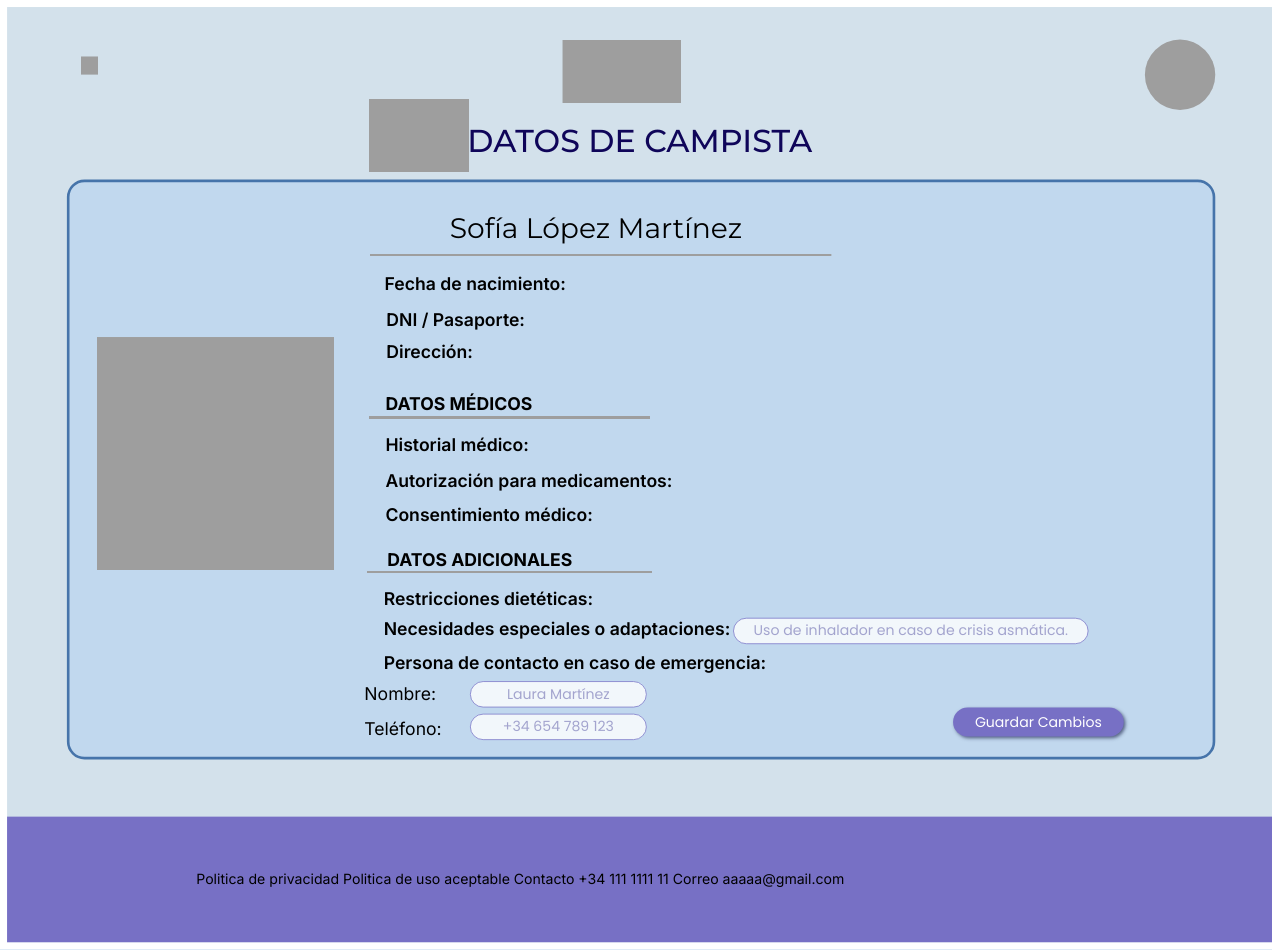
Repository: maariadomiingo/Proyecto-Integrador-Campamento
Page: html/editarCampistas.html
These files come from the project's save history. The page is drawn as it stood at one moment and after a run of saves; the edit follows.
The browser window is 1280 px wide. The page is 1446 px wide, so the pictures cover 1446 px, including what lies to the right of the window. The pictures show the whole page, at 88% of full size.
Pictures or frames that could not be fetched are drawn as grey boxes.

Above is the page before, as saved 2025-02-05 17:33:29.

### html/editarCampistas.html
<!DOCTYPE html>
<html lang="en">
  <head>
    <meta charset="UTF-8" />
    <meta name="viewport" content="width=device-width, initial-scale=1.0" />
    <title>Editar Campistas</title>
    <link rel="stylesheet" href="https://fonts.googleapis.com/css2?family=Montserrat:wght@400;500&display=swap" />
<link rel="stylesheet" href="https://fonts.googleapis.com/css2?family=Poppins:wght@400&display=swap" />
<link rel="stylesheet" href="https://fonts.googleapis.com/css2?family=Inter:wght@400;600;700&display=swap" />
    <link rel="stylesheet" href="../css/editarCampista.css" />
  </head>
  <body>
    <div class="main-container">
      <div class="rectangle"></div>
      <div class="logo">

      </div>
      <div class="logo-1"></div>
      <div class="logo-final-sin-fondo"></div>
      <div class="img-3"></div>
      <div class="pic-2"></div>
      <div class="clipart-transparent-library-watercolor"></div>
      <span class="datos-de-campista">DATOS DE CAMPISTA</span>
      <div class="flecha-atras"></div>
      <div class="rectangle-2"></div>
      <span class="sofia-lopez-martinez">Sofía López Martínez</span>
      <div class="line"></div>
      <span class="fecha-de-nacimiento">Fecha de nacimiento: </span>
      <div class="dni-pasaporte">
        <span class="dni-pasaporte-3">DNI / Pasaporte:</span
        ><span class="space"> </span>
      </div>
      <div class="image-removebg-preview"></div>
      <span class="direccion">Dirección:</span
      ><span class="datos-medicos">DATOS MÉDICOS</span>
      <div class="line-4"></div>
      <span class="historial-medico">Historial médico:</span>
      <div class="autorizacion-medicamentos">
        <span class="autorizacion-medicamentos-5"
          >Autorización para medicamentos:</span
        ><span class="empty"> </span>
      </div>
      <span class="consentimiento-medico">Consentimiento médico: </span
      ><span class="datos-adicionales">DATOS ADICIONALES</span>
      <div class="line-6"></div>
      <div class="restricciones-dieteticas">
        <span class="restricciones-dieteticas-7">Restricciones dietéticas:</span
        ><span class="text-e"> </span>
      </div>
      <button class="Button">
        <span class="text-f"
          >Uso de inhalador en caso de crisis asmática.</span
        ></button
      ><span class="text-10">Necesidades especiales o adaptaciones: </span
      ><span class="text-11">Persona de contacto en caso de emergencia:</span>
      <div class="section-2">
        <span class="text-12">Nombre:</span><span class="text-13"> <br /></span
        ><span class="text-14">Teléfono:</span>
      </div>
      <button class="Button-2">
        <span class="tu-email">Laura Martínez</span></button
      ><button class="primary-buttons">
        <span class="button">Guardar Cambios</span></button
      ><button class="input">
        <span class="tu-email-8">+34 654 789 123</span>
      </button>
      <div class="rectangle-9"></div>
      <span class="politica-privacidad"
        >Politica de privacidad Politica de uso aceptable Contacto +34 111 1111
        11 Correo aaaaa@gmail.com</span
      >
    </div>
  </body>
</html>

### css/editarCampista.css
:root {
    --default-font-family: -apple-system, BlinkMacSystemFont, "Segoe UI", Roboto,
      Ubuntu, "Helvetica Neue", Helvetica, Arial, "PingFang SC",
      "Hiragino Sans GB", "Microsoft Yahei UI", "Microsoft Yahei",
      "Source Han Sans CN", sans-serif;
  }

  .logo {
  width: 194px;
  height: 103px;
  left: 647px;
  top: 25px;
  position: absolute;
}

  .main-container {
    overflow: hidden;
  }

  .main-container,
  .main-container * {
    box-sizing: border-box;
  }

  input,
  select,
  textarea,
  button {
    outline: 0;
  }

  .main-container {
    position: relative;
    width: 1438px;
    height: 1063px;
    margin: 0 auto;
  }
  .rectangle {
    position: absolute;
    width: 1438px;
    height: 1063px;
    top: 0;
    left: 0;
    background: #d3e1eb;
  }

    .logo {
      width: 194px;
      height: 103px;
      left: 647px;
      top: 25px;
      position: absolute;
    }

  .logo-1 {
    position: absolute;
    width: 80px;
    height: 80px;
    top: 37px;
    left: 1293px;
    background: url(./assets/images/d5c923a2-6a05-4f5b-b0bd-39ed3be9df8b.png)
      no-repeat center;
    background-size: cover;
    z-index: 6;
    border-radius: 50%;
  }
  .logo-final-sin-fondo {
    position: absolute;
    width: 135px;
    height: 72px;
    top: 37px;
    left: 631px;
    background: url(./assets/images/3afe852ae267f541a4e04b261436eafe5faae810.png)
      no-repeat center;
    background-size: cover;
    z-index: 8;
  }
  .img-3 {
    position: absolute;
    width: 19px;
    height: 21px;
    top: 56px;
    left: 84px;
    background: url(./assets/images/1e01157a333e1bec54a9393a8e8dd6b13038c27c.png)
      no-repeat center;
    background-size: cover;
    z-index: 5;
  }
  .pic-2 {
    position: absolute;
    width: 24px;
    height: 29px;
    top: 63px;
    left: 1321px;
    background: url(./assets/images/d1984de478cfebaa95ada4a339a47bb648a589b3.png)
      no-repeat center;
    background-size: cover;
    z-index: 7;
  }
  .clipart-transparent-library-watercolor {
    position: absolute;
    width: 114px;
    height: 82px;
    top: 105px;
    left: 411px;
    background: url(./assets/images/251fc007-0ec6-40b0-a4fa-76b2d6da96a5.png)
      no-repeat center;
    background-size: cover;
    z-index: 1;
  }
  .datos-de-campista {
    display: flex;
    align-items: flex-start;
    justify-content: center;
    position: absolute;
    width: 482px;
    height: 101px;
    top: 131px;
    left: 478px;
    color: #0f0559;
    font-family: Montserrat, var(--default-font-family);
    font-size: 36px;
    font-weight: 500;
    line-height: 43.884px;
    text-align: center;
    z-index: 3;
  }
  .flecha-atras {
    position: absolute;
    width: 27px;
    height: 23px;
    top: 143px;
    left: 468px;
    background: url(./assets/images/5f671df9ca895acd896dd721997735885d389190.png)
      no-repeat center;
    background-size: cover;
    z-index: 2;
  }
  .rectangle-2 {
    position: absolute;
    width: 1305px;
    height: 659px;
    top: 196px;
    left: 68px;
    background: rgba(176, 207, 241, 0.5);
    border: 3px solid #4674aa;
    z-index: 9;
    border-radius: 20px;
  }
  .sofia-lopez-martinez {
    display: flex;
    align-items: flex-start;
    justify-content: flex-start;
    position: absolute;
    height: 39px;
    top: 232px;
    left: 503px;
    color: #000000;
    font-family: Montserrat, var(--default-font-family);
    font-size: 32px;
    font-weight: 400;
    line-height: 39px;
    text-align: left;
    white-space: nowrap;
    z-index: 13;
  }
  .line {
    position: absolute;
    width: 525px;
    height: 2px;
    top: 281px;
    left: 412px;
    background: url(./assets/images/6c3e3311-4927-41ca-9260-a13de4e5d891.png)
      no-repeat center;
    background-size: cover;
    z-index: 17;
  }
  .fecha-de-nacimiento {
    display: flex;
    align-items: flex-start;
    justify-content: flex-start;
    position: absolute;
    height: 21px;
    top: 305px;
    left: 429px;
    color: #000000;
    font-family: Inter, var(--default-font-family);
    font-size: 20px;
    font-weight: 600;
    line-height: 21px;
    text-align: left;
    white-space: nowrap;
    z-index: 14;
  }
  .dni-pasaporte {
    position: absolute;
    width: 166px;
    height: 24px;
    top: 344px;
    left: 431px;
    font-family: Inter, var(--default-font-family);
    font-size: 20px;
    font-weight: 400;
    line-height: 24px;
    text-align: left;
    text-overflow: initial;
    white-space: nowrap;
    z-index: 15;
  }
  .dni-pasaporte-3 {
    position: relative;
    color: #000000;
    font-family: Inter, var(--default-font-family);
    font-size: 20px;
    font-weight: 600;
    line-height: 24.205px;
    text-align: left;
  }
  .space {
    position: relative;
    color: #000000;
    font-family: Inter, var(--default-font-family);
    font-size: 20px;
    font-weight: 400;
    line-height: 24.205px;
    text-align: left;
  }
  .image-removebg-preview {
    position: absolute;
    width: 269px;
    height: 265px;
    top: 375px;
    left: 102px;
    background: url(./assets/images/66994f5bdea5b2f42a2d4f51b08bc45cb40066f6.png)
      no-repeat center;
    background-size: cover;
    z-index: 12;
  }
  .direccion {
    display: flex;
    align-items: flex-start;
    justify-content: flex-start;
    position: absolute;
    height: 36px;
    top: 380px;
    left: 431px;
    color: #000000;
    font-family: Inter, var(--default-font-family);
    font-size: 20px;
    font-weight: 600;
    line-height: 24.205px;
    text-align: left;
    white-space: nowrap;
    z-index: 16;
  }
  .datos-medicos {
    display: flex;
    align-items: flex-start;
    justify-content: flex-start;
    position: absolute;
    width: 212px;
    height: 38px;
    top: 439px;
    left: 430px;
    color: #000000;
    font-family: Inter, var(--default-font-family);
    font-size: 20px;
    font-weight: 700;
    line-height: 24.205px;
    text-align: left;
    z-index: 20;
  }
  .line-4 {
    position: absolute;
    width: 319.758px;
    height: 3px;
    top: 465px;
    left: 410.997px;
    background: url(./assets/images/7de19d98-c69d-4065-83d1-bc1198f7a0f8.png)
      no-repeat center;
    background-size: cover;
    z-index: 18;
  }
  .historial-medico {
    display: flex;
    align-items: flex-start;
    justify-content: flex-start;
    position: absolute;
    height: 28px;
    top: 486px;
    left: 430px;
    color: #000000;
    font-family: Inter, var(--default-font-family);
    font-size: 20px;
    font-weight: 600;
    line-height: 24.205px;
    text-align: left;
    white-space: nowrap;
    z-index: 21;
  }
  .autorizacion-medicamentos {
    position: absolute;
    width: 334px;
    height: 28px;
    top: 526px;
    left: 430px;
    font-family: Inter, var(--default-font-family);
    font-size: 20px;
    font-weight: 400;
    line-height: 24.205px;
    text-align: left;
    text-overflow: initial;
    white-space: nowrap;
    z-index: 22;
  }
  .autorizacion-medicamentos-5 {
    position: relative;
    color: #000000;
    font-family: Inter, var(--default-font-family);
    font-size: 20px;
    font-weight: 600;
    line-height: 24.205px;
    text-align: left;
  }
  .empty {
    position: relative;
    color: #000000;
    font-family: Inter, var(--default-font-family);
    font-size: 20px;
    font-weight: 400;
    line-height: 24.205px;
    text-align: left;
  }
  .consentimiento-medico {
    display: flex;
    align-items: flex-start;
    justify-content: flex-start;
    position: absolute;
    height: 28px;
    top: 565px;
    left: 430px;
    color: #000000;
    font-family: Inter, var(--default-font-family);
    font-size: 20px;
    font-weight: 600;
    line-height: 24.205px;
    text-align: left;
    white-space: nowrap;
    z-index: 23;
  }
  .datos-adicionales {
    display: flex;
    align-items: flex-start;
    justify-content: flex-start;
    position: absolute;
    width: 709px;
    height: 38px;
    top: 616px;
    left: 432px;
    color: #000000;
    font-family: Inter, var(--default-font-family);
    font-size: 20px;
    font-weight: 700;
    line-height: 24.205px;
    text-align: left;
    z-index: 24;
  }
  .line-6 {
    position: absolute;
    width: 324px;
    height: 2px;
    top: 641px;
    left: 409px;
    background: url(./assets/images/802bba21-413f-4e51-85a2-a2274926ef1f.png)
      no-repeat center;
    background-size: cover;
    z-index: 19;
  }
  .restricciones-dieteticas {
    position: absolute;
    width: 247px;
    height: 28px;
    top: 661px;
    left: 428px;
    font-family: Inter, var(--default-font-family);
    font-size: 20px;
    font-weight: 400;
    line-height: 24.205px;
    text-align: left;
    text-overflow: initial;
    white-space: nowrap;
    z-index: 25;
  }
  .restricciones-dieteticas-7 {
    position: relative;
    color: #000000;
    font-family: Inter, var(--default-font-family);
    font-size: 20px;
    font-weight: 600;
    line-height: 24.205px;
    text-align: left;
  }
  .text-e {
    position: relative;
    color: #000000;
    font-family: Inter, var(--default-font-family);
    font-size: 20px;
    font-weight: 400;
    line-height: 24.205px;
    text-align: left;
  }
  .Button {
    display: flex;
    align-items: center;
    justify-content: center;
    flex-wrap: nowrap;
    gap: 16px;
    position: absolute;
    width: 404px;
    height: 30px;
    top: 694px;
    left: 825px;
    padding: 8px 16px 8px 16px;
    cursor: pointer;
    background: #ffffff;
    border: 1px solid #7770c5;
    opacity: 0.8;
    z-index: 31;
    overflow: hidden;
    border-radius: 15px;
  }
  .text-f {
    flex-shrink: 0;
    flex-basis: auto;
    position: relative;
    height: 22px;
    color: rgba(58, 50, 143, 0.5);
    font-family: Poppins, var(--default-font-family);
    font-size: 16px;
    font-weight: 400;
    line-height: 22px;
    text-align: left;
    white-space: nowrap;
    z-index: 32;
  }
  .text-10 {
    display: flex;
    align-items: flex-start;
    justify-content: flex-start;
    position: absolute;
    height: 28px;
    top: 695px;
    left: 428px;
    color: #000000;
    font-family: Inter, var(--default-font-family);
    font-size: 20px;
    font-weight: 600;
    line-height: 24.205px;
    text-align: left;
    white-space: nowrap;
    z-index: 26;
  }
  .text-11 {
    display: flex;
    align-items: flex-start;
    justify-content: flex-start;
    position: absolute;
    width: 665px;
    height: 90px;
    top: 733px;
    left: 428px;
    color: #000000;
    font-family: Inter, var(--default-font-family);
    font-size: 20px;
    font-weight: 600;
    line-height: 24.205px;
    text-align: left;
    z-index: 27;
  }
  .section-2 {
    position: absolute;
    width: 291px;
    height: 72px;
    top: 760px;
    left: 406px;
    font-family: Inter, var(--default-font-family);
    font-size: 20px;
    font-weight: 400;
    line-height: 40px;
    text-align: left;
    z-index: 28;
  }
  .text-12 {
    position: relative;
    color: #000000;
    font-family: Inter, var(--default-font-family);
    font-size: 20px;
    font-weight: 500;
    line-height: 40px;
    text-align: left;
  }
  .text-13 {
    position: relative;
    color: #000000;
    font-family: Inter, var(--default-font-family);
    font-size: 20px;
    font-weight: 400;
    line-height: 40px;
    text-align: left;
  }
  .text-14 {
    position: relative;
    color: #000000;
    font-family: Inter, var(--default-font-family);
    font-size: 20px;
    font-weight: 500;
    line-height: 40px;
    text-align: left;
  }
  .Button-2 {
    display: flex;
    align-items: center;
    justify-content: center;
    flex-wrap: nowrap;
    gap: 16px;
    position: absolute;
    width: 201px;
    height: 30px;
    top: 766px;
    left: 526px;
    padding: 8px 16px 8px 16px;
    cursor: pointer;
    background: #ffffff;
    border: 1px solid #7770c5;
    opacity: 0.8;
    z-index: 33;
    overflow: hidden;
    border-radius: 15px;
  }
  .tu-email {
    flex-shrink: 0;
    flex-basis: auto;
    position: relative;
    height: 22px;
    color: rgba(58, 50, 143, 0.5);
    font-family: Poppins, var(--default-font-family);
    font-size: 16px;
    font-weight: 400;
    line-height: 22px;
    text-align: left;
    white-space: nowrap;
    z-index: 34;
  }
  .primary-buttons {
    display: flex;
    align-items: center;
    justify-content: center;
    flex-wrap: nowrap;
    gap: 16px;
    position: absolute;
    width: 194px;
    height: 33px;
    top: 796px;
    left: 1075px;
    padding: 16px 16px 16px 16px;
    cursor: pointer;
    background: #7770c5;
    border: none;
    z-index: 10;
    border-radius: 32px;
    box-shadow: 2px 2px 4px 0 rgba(51, 62, 99, 0.75);
  }
  .button {
    flex-shrink: 0;
    flex-basis: auto;
    position: relative;
    height: 22px;
    color: #ffffff;
    font-family: Poppins, var(--default-font-family);
    font-size: 16px;
    font-weight: 400;
    line-height: 22px;
    text-align: left;
    white-space: nowrap;
    z-index: 11;
  }
  .input {
    display: flex;
    align-items: center;
    justify-content: center;
    flex-wrap: nowrap;
    gap: 16px;
    position: absolute;
    width: 201px;
    height: 30px;
    top: 803px;
    left: 526px;
    padding: 8px 16px 8px 16px;
    cursor: pointer;
    background: #ffffff;
    border: 1px solid #7770c5;
    opacity: 0.8;
    z-index: 35;
    overflow: hidden;
    border-radius: 15px;
  }
  .tu-email-8 {
    flex-shrink: 0;
    flex-basis: auto;
    position: relative;
    height: 22px;
    color: rgba(58, 50, 143, 0.5);
    font-family: Poppins, var(--default-font-family);
    font-size: 16px;
    font-weight: 400;
    line-height: 22px;
    text-align: left;
    white-space: nowrap;
    z-index: 36;
  }
  .rectangle-9 {
    position: absolute;
    width: 1440px;
    height: 143px;
    top: 920px;
    left: 0;
    background: #7770c5;
    z-index: 29;
  }
  .politica-privacidad {
    display: flex;
    align-items: flex-start;
    justify-content: flex-start;
    position: absolute;
    height: 19px;
    top: 982px;
    left: 215px;
    color: #000000;
    font-family: Inter, var(--default-font-family);
    font-size: 16px;
    font-weight: 400;
    line-height: 19px;
    text-align: left;
    white-space: nowrap;
    z-index: 30;
  }

After the next 2 saves:
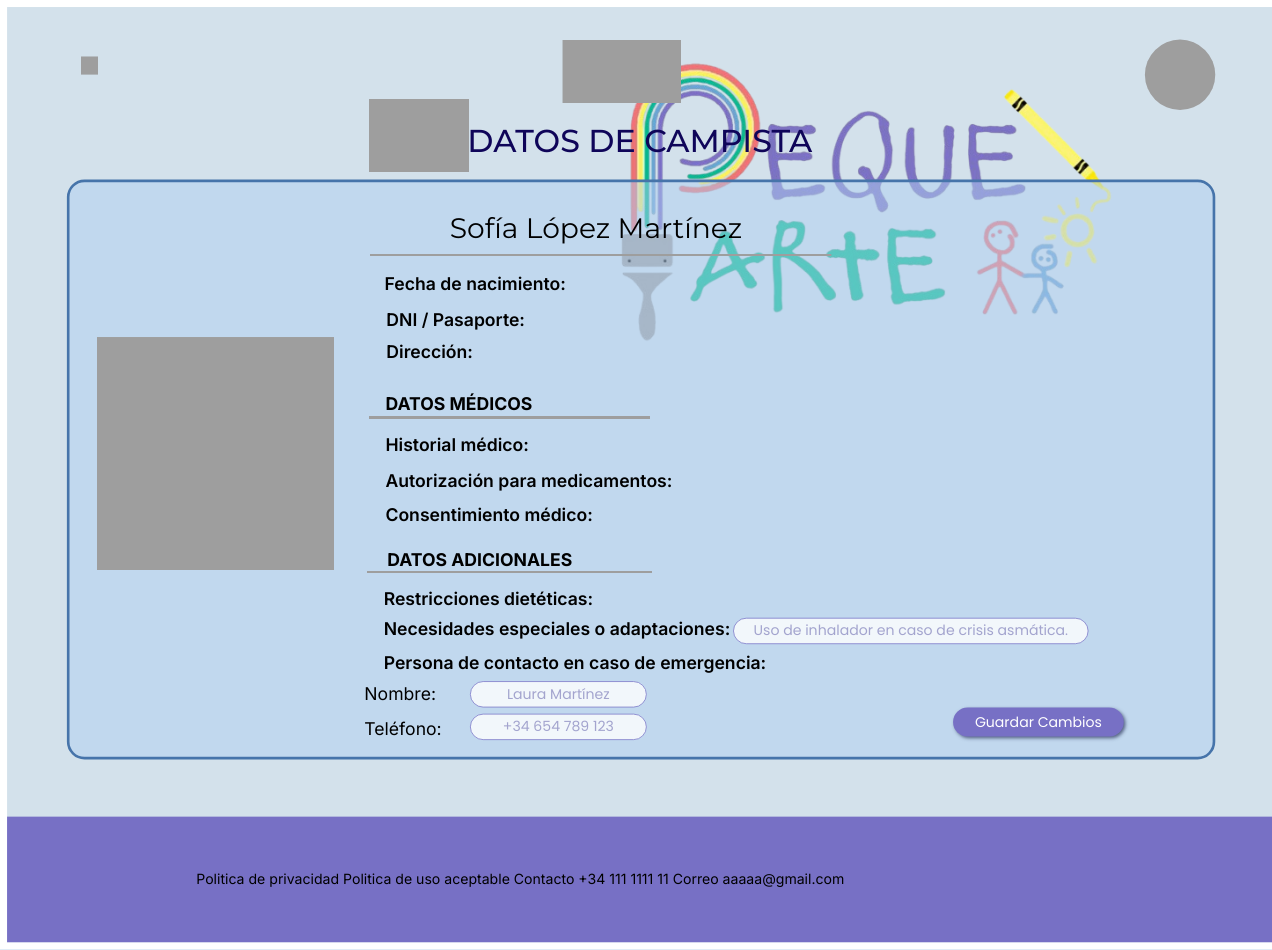
The 2 saves are shown as one change because they came seconds apart.
The last was saved 14 s later.
--- a/html/editarCampistas.html
+++ b/html/editarCampistas.html
@@ -13,7 +13,7 @@
     <div class="main-container">
       <div class="rectangle"></div>
       <div class="logo">
-
+        <img src="../img/logo sin fondo.png">
       </div>
       <div class="logo-1"></div>
       <div class="logo-final-sin-fondo"></div>

After the 6 saves that followed:
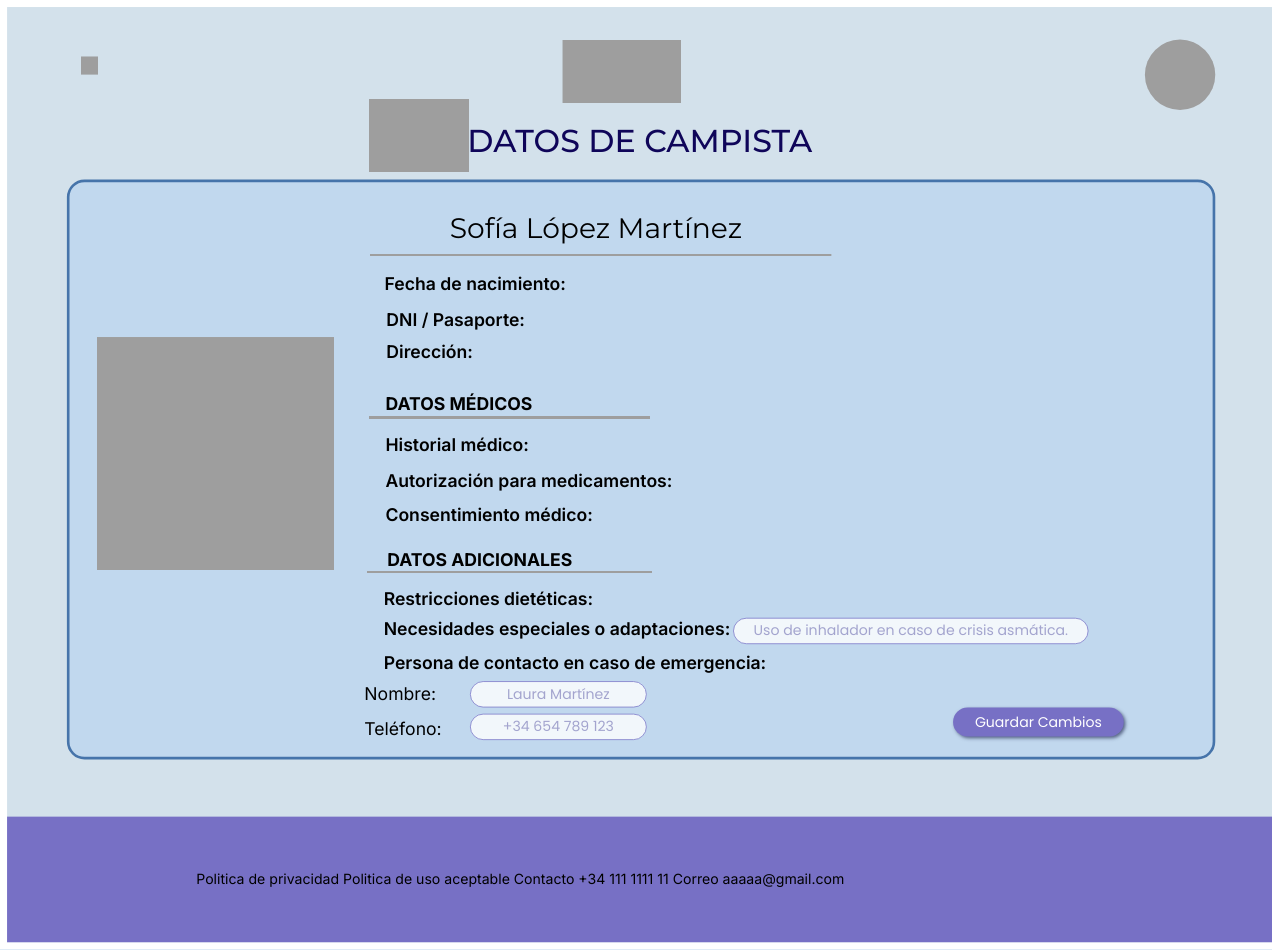
The 6 saves are shown as one change because 4 left the picture as it was and some came seconds apart.
The last was saved 41 s later.
--- a/html/editarCampistas.html
+++ b/html/editarCampistas.html
@@ -12,9 +12,7 @@
   <body>
     <div class="main-container">
       <div class="rectangle"></div>
-      <div class="logo">
         <img src="../img/logo sin fondo.png">
-      </div>
       <div class="logo-1"></div>
       <div class="logo-final-sin-fondo"></div>
       <div class="img-3"></div>
--- a/css/editarCampista.css
+++ b/css/editarCampista.css
@@ -45,8 +45,8 @@
   }
 
     .logo {
-      width: 194px;
-      height: 103px;
+      width: 30px;
+      height: 70px;
       left: 647px;
       top: 25px;
       position: absolute;
